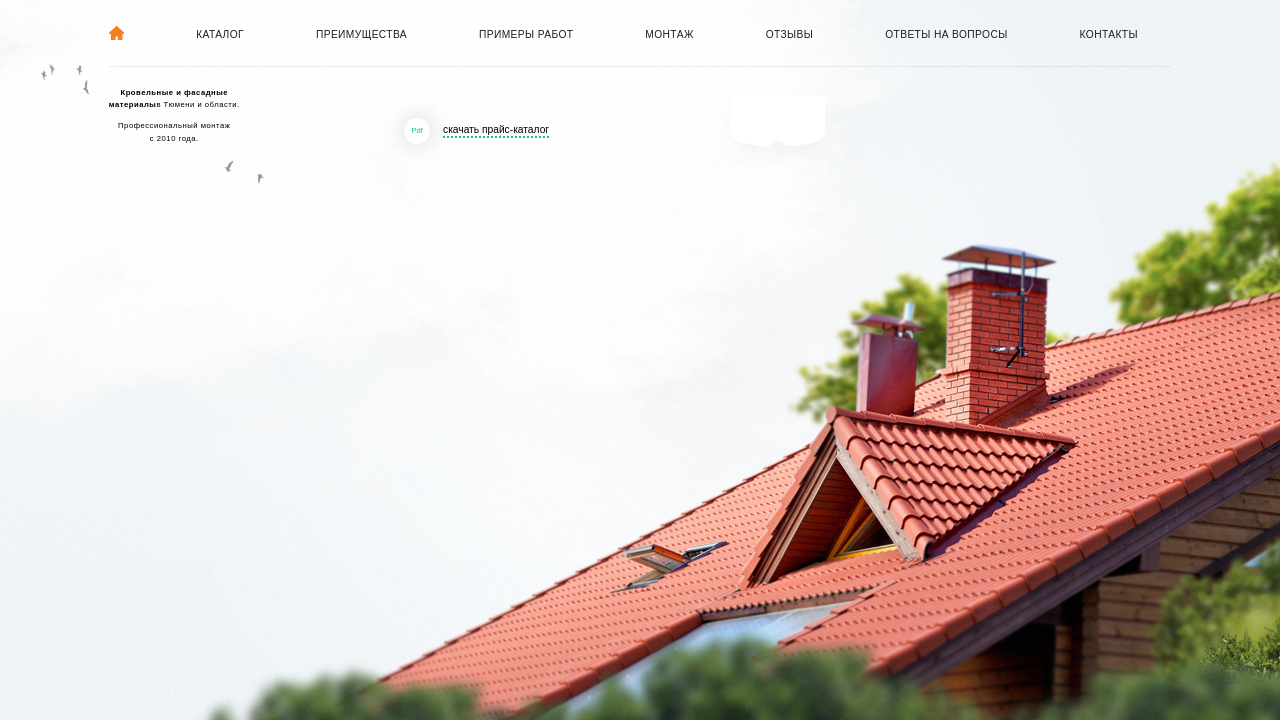
Repository: dima-hacker0/test_task_deyneka
Page: /
An editor plug-in stored every save of this project. The page is shown before and after the next save, followed by the edit.
The browser window is 1280 px wide. The pictures show the whole page.
The project was rebuilt for these pictures with package versions that can differ from the ones it lists, and the page was loaded fresh each time.

Above is the page before, as saved 2022-06-22 16:31:52.

After the next save:
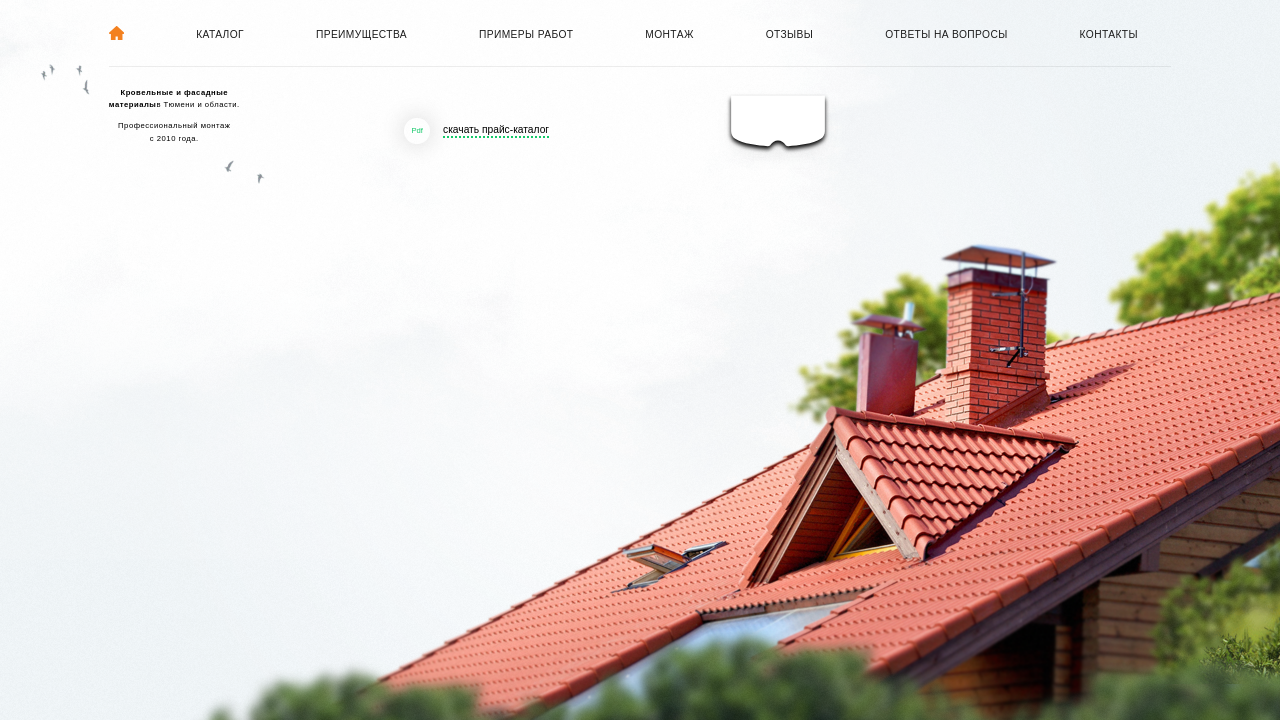
Saved 38 s later.
--- a/src/components/main_page/top_panel/top_panel.module.css
+++ b/src/components/main_page/top_panel/top_panel.module.css
@@ -5,6 +5,7 @@
 }
 .logo {
   width: 10vw;
-  -webkit-filter: drop-shadow(0, 0, 0, 0.03);
-  filter: drop-shadow(0, 0, 0, 0.03);
+  -webkit-filter: drop-shadow(0, 0, 0, #000);
+  filter: drop-shadow(0px 3px 2px #000);
 }
+/* box-shadow: 0px 25px 50px rgba(0, 0, 0, 0.03); */

After the save that followed:
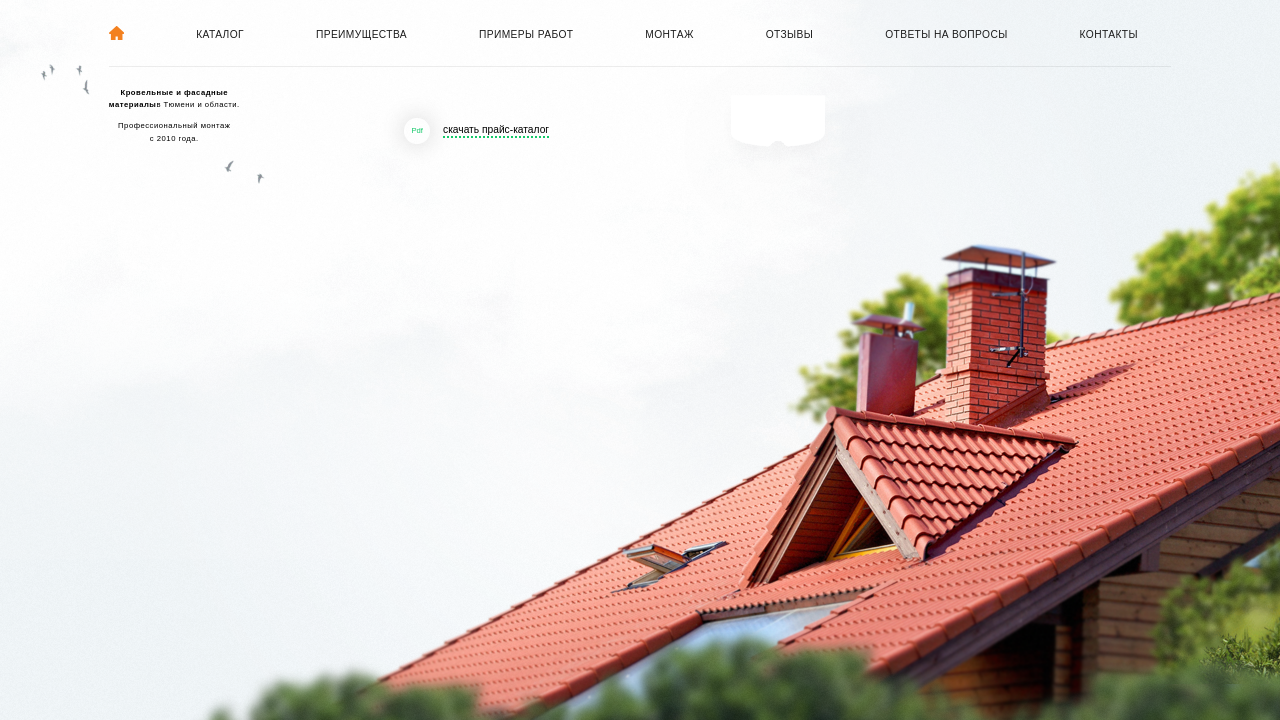
Saved 119 s later.
--- a/src/components/main_page/top_panel/top_panel.module.css
+++ b/src/components/main_page/top_panel/top_panel.module.css
@@ -5,7 +5,7 @@
 }
 .logo {
   width: 10vw;
-  -webkit-filter: drop-shadow(0, 0, 0, #000);
-  filter: drop-shadow(0px 3px 2px #000);
+  -webkit-filter: drop-shadow(0px 25px 50px rgba(0, 0, 0, 0.03));
+  filter: drop-shadow(0px 25px 50px rgba(0, 0, 0, 0.03));
 }
 /* box-shadow: 0px 25px 50px rgba(0, 0, 0, 0.03); */
